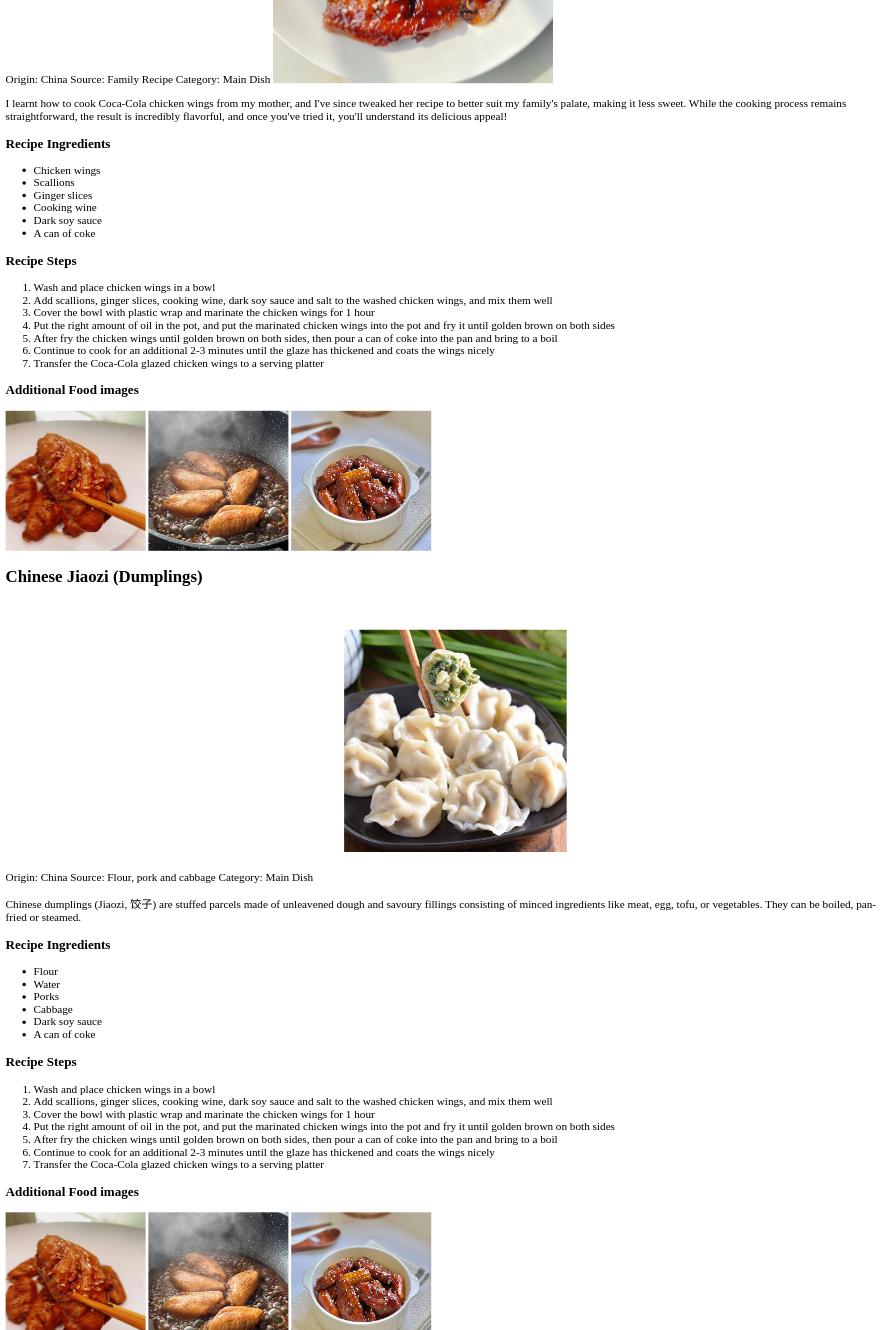
Repository: lulyany/starter_html
Page: recipes.html
The author's editor kept a copy of each file at every save. The page is drawn from the files as they stood at one save, then again after the next save.
The browser window is 1280 px wide. The pictures show the part of the page from y = 567 to 2467 px (the page is 3614 px tall before and 3578 px after), at 70% of full size.
A picture or video elsewhere on the page could not be fetched, so the positions and the page height are approximate.

Above is the page before, as saved 2023-09-16 00:53:15.

After the next save:
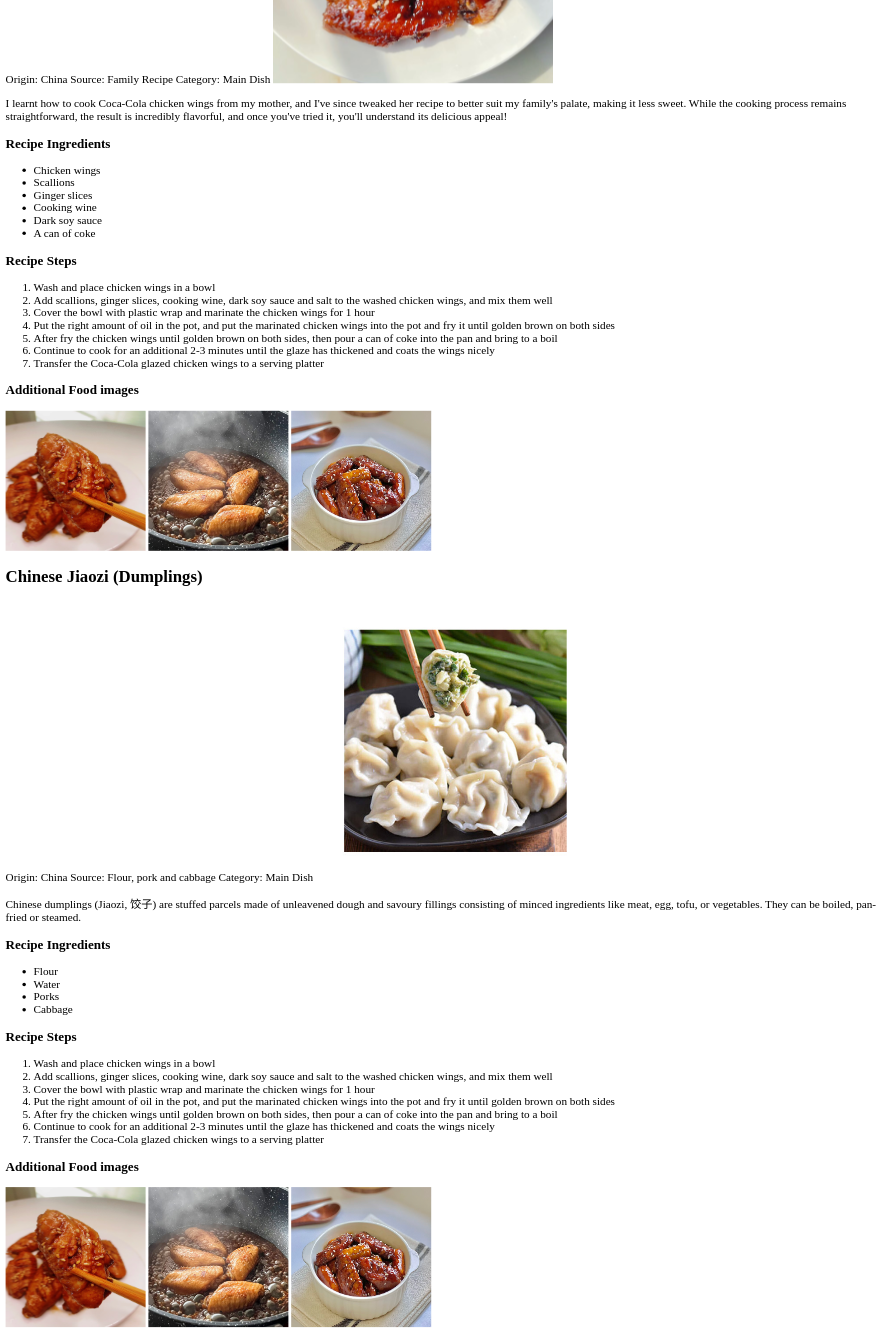
Saved 5 s later.
--- a/recipes.html
+++ b/recipes.html
@@ -75,8 +75,6 @@
                 <li>Water</li>
                 <li>Porks</li>
                 <li>Cabbage</li>
-                <li>Dark soy sauce</li>
-                <li>A can of coke</li>
             </ul>
 
             <h3>Recipe Steps</h3>
